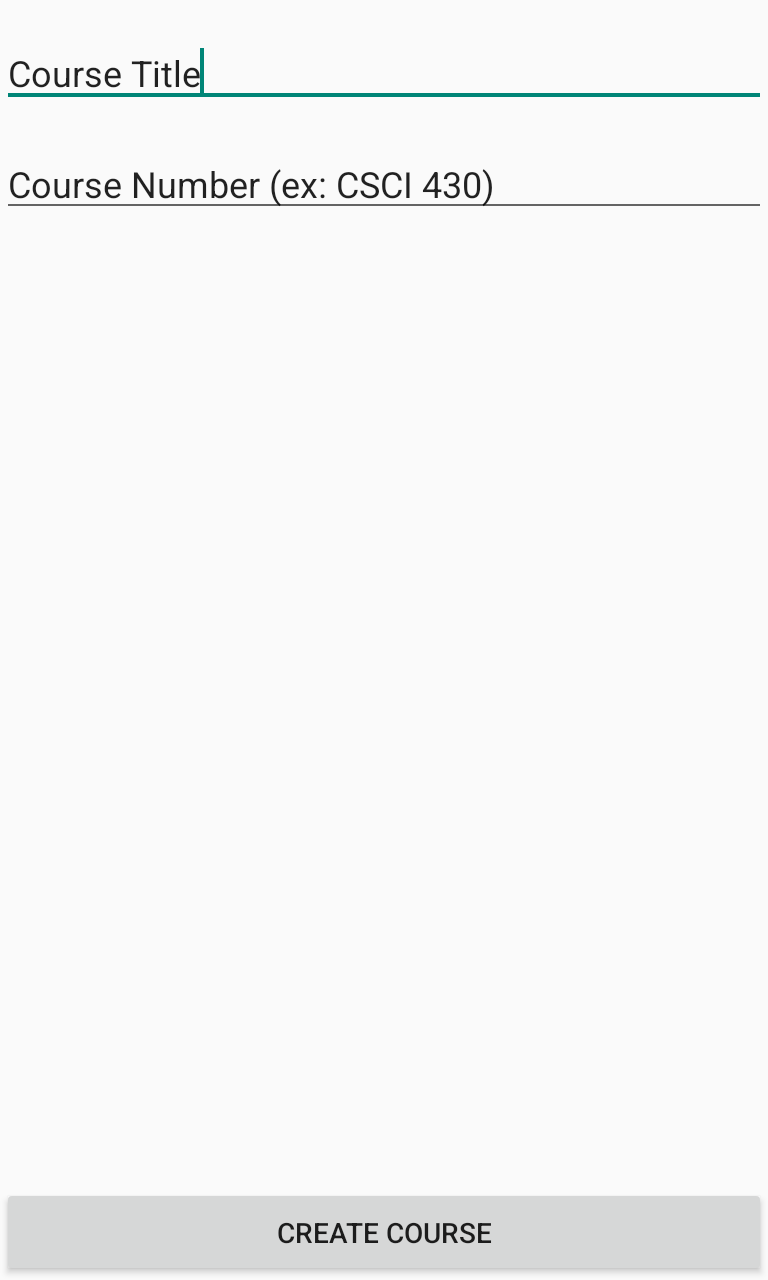
Repository: Jooms/Examples
Layout: CourseManager/res/layout/activity_main.xml
These files come from the project's save history. The layout is drawn as it stood at one moment and after the next save; the edit follows.
It is drawn on a 768 x 1280 px phone screen (xhdpi) without system bars, with theme AppTheme; the app's code is not run.

Above is the layout before, as saved 2014-10-05 21:40:33.

### CourseManager/res/layout/activity_main.xml
<RelativeLayout xmlns:android="http://schemas.android.com/apk/res/android"
    xmlns:tools="http://schemas.android.com/tools"
    android:layout_width="match_parent"
    android:layout_height="match_parent"
    tools:context="${relativePackage}.${activityClass}" >

    <EditText
        android:id="@+id/editName"
        android:layout_width="wrap_content"
        android:layout_height="wrap_content"
        android:layout_alignParentLeft="true"
        android:layout_alignParentRight="true"
        android:layout_alignParentTop="true"
        android:layout_marginTop="14dp"
        android:ems="10"
		android:text="Course Title" >
        <requestFocus />
    </EditText>

    <EditText
        android:id="@+id/editNumber"
        android:layout_width="wrap_content"
        android:layout_height="wrap_content"
        android:layout_alignLeft="@+id/editName"
        android:layout_alignParentRight="true"
        android:layout_below="@+id/editName"
        android:layout_marginTop="14dp"
        android:ems="10"
        android:text="Course Number (ex: CSCI 430)" />

    <Button
        android:id="@+id/buttonCreate"
        android:layout_width="wrap_content"
        android:layout_height="wrap_content"
        android:layout_alignParentBottom="true"
        android:layout_alignParentLeft="true"
        android:layout_alignParentRight="true"
        android:onClick="buttonCreatePressed"
        android:text="Create Course" />

</RelativeLayout>

Loaded but not shown: CourseManager/res/values/styles.xml (common file); CourseManager/res/values-v11/styles.xml (common file); CourseManager/res/values-v14/styles.xml (common file)

After the next save:
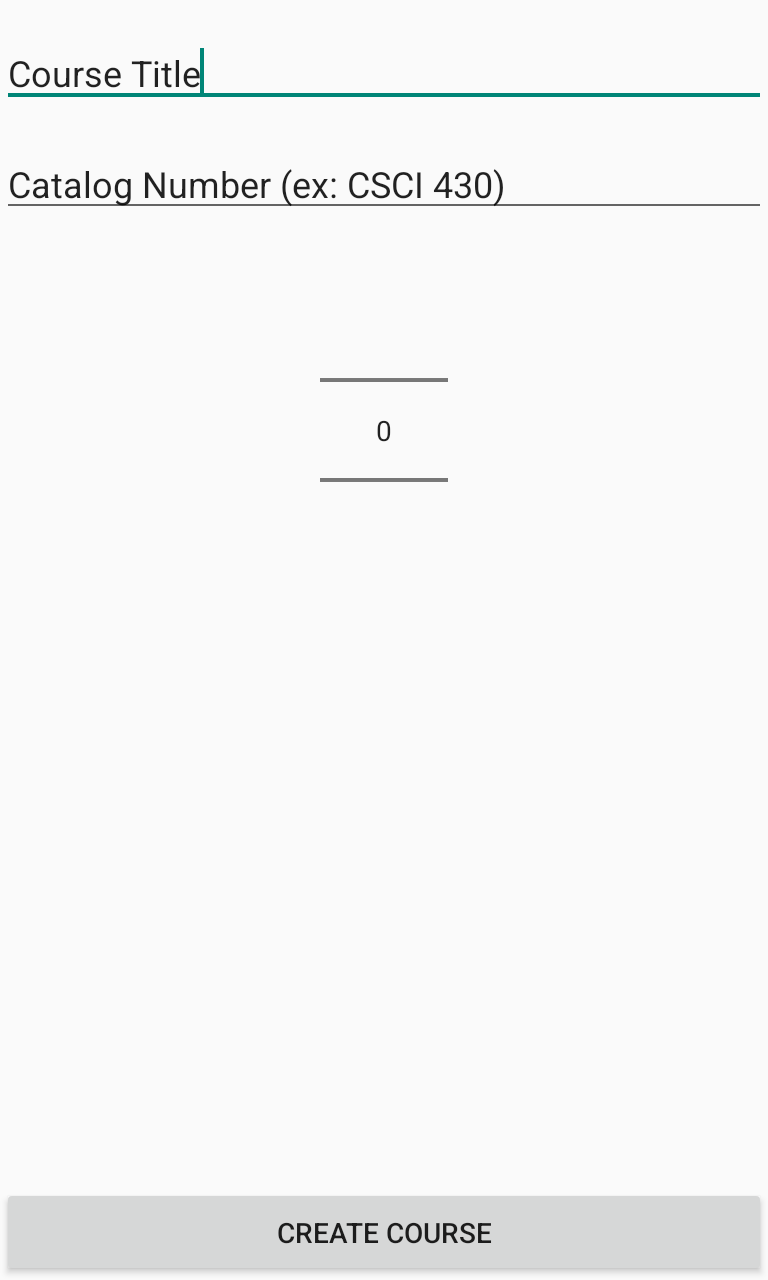
Saved 5 min 51 s later.
--- a/CourseManager/res/layout/activity_main.xml
+++ b/CourseManager/res/layout/activity_main.xml
@@ -26,7 +26,15 @@
         android:layout_below="@+id/editName"
         android:layout_marginTop="14dp"
         android:ems="10"
-        android:text="Course Number (ex: CSCI 430)" />
+        android:text="Catalog Number (ex: CSCI 430)" />
+
+     <NumberPicker
+        android:id="@+id/numPickCapacity"
+        android:layout_width="wrap_content"
+        android:layout_height="wrap_content"
+        android:layout_below="@+id/editNumber"
+        android:layout_centerHorizontal="true"
+        android:layout_marginTop="14dp" />
 
     <Button
         android:id="@+id/buttonCreate"
@@ -38,4 +46,6 @@
         android:onClick="buttonCreatePressed"
         android:text="Create Course" />
 
+
+
 </RelativeLayout>
